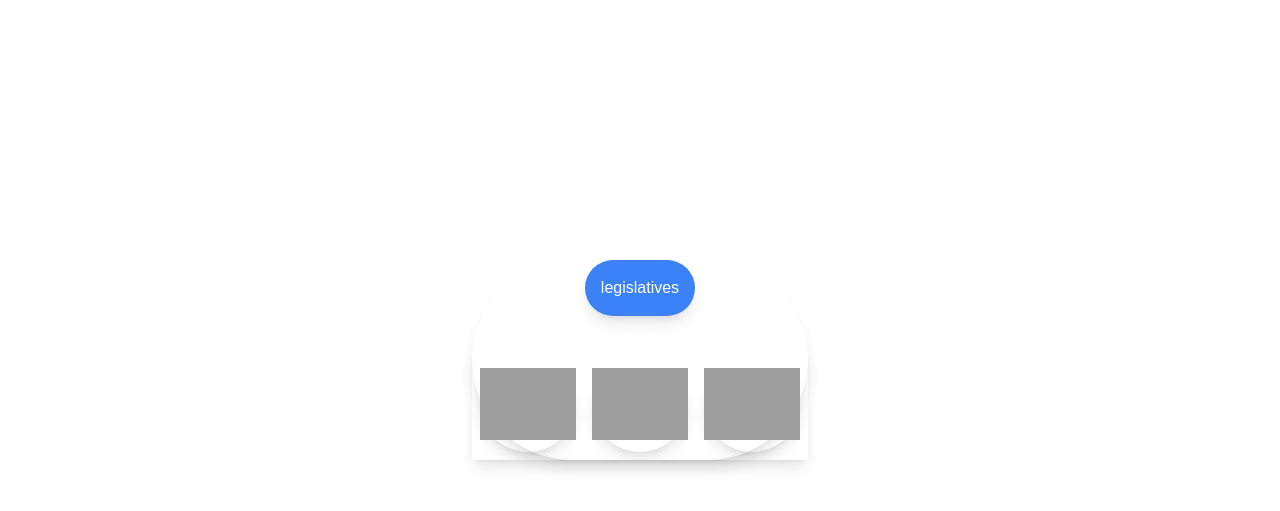
Repository: MDiouf9/legislatives
Page: /
An editor plug-in stored every save of this project. The page is shown before and after a run of saves, followed by the edit.
The browser window is 1280 px wide. The pictures show the whole page.
Pictures or frames that could not be fetched are drawn as grey boxes. The project was rebuilt for these pictures with package versions that can differ from the ones it lists, and the page was loaded fresh each time. The framework's server and built-in components were replaced by stand-ins that run in the browser. Also part of the build but not shown: next.config.ts.

Above is the page before, as saved 2024-10-31 18:20:56.

### src/app/layout.tsx
import type { Metadata } from "next";
import localFont from "next/font/local";
import "./globals.css";


const geistSans = localFont({
  src: "./fonts/GeistVF.woff",
  variable: "--font-geist-sans",
  weight: "100 900",
});
const geistMono = localFont({
  src: "./fonts/GeistMonoVF.woff",
  variable: "--font-geist-mono",
  weight: "100 900",
});

export const metadata: Metadata = {
  title: "Legislatives 2024",
  description: " Pour mettre en avant les legislatives ",
};

export default function RootLayout({
  children,
}: Readonly<{
  children: React.ReactNode;
}>) {
  return (
    <html lang="en">
      <body
        className={`${geistSans.variable} ${geistMono.variable} antialiased`}
      >
        {children}
      </body>
    </html>
  );
}

### src/app/page.tsx
"use client"

import { Boutton } from "./Composants/Boutton"

export default function Page() {
  return (


  <div className="flex justify-center items-center min-h-screen">
   <div className="max-w-md ">
   {/* <button
  type="button"
  className="text-white bg-gradient-to-r from-green-600 via-yellow-500 to-red-600 hover:bg-gradient-to-br focus:ring-4 focus:outline-none focus:ring-yellow-300 dark:focus:ring-yellow-800 shadow-lg shadow-yellow-500/50 dark:shadow-lg dark:shadow-yellow-800/80 font-medium rounded-lg text-sm px-5 py-2.5 text-center me-2 mb-2"
>
  Legislatives

</button> */}
<Boutton/>
   </div>

  </div>
   )
}

### src/app/globals.css
@tailwind base;
@tailwind components;
@tailwind utilities;

/* :root {
  --background: #ffffff;
  --foreground: #171717;
}

@media (prefers-color-scheme: dark) {
  :root {
    --background: #0a0a0a;
    --foreground: #ededed;
  }
} */

body {
  /* color: var(--foreground);
  background: var(--background); */
  font-family: Arial, Helvetica, sans-serif;
}

### src/app/Composants/Boutton.tsx
"use client "
import React from 'react'
import {motion } from 'framer-motion'
import { useState } from 'react'



interface logo {
id : number,
src:string,
photo: string,


};
 const logos : logo [] = [
        {id: 1, src: '/path/to/logo1.png', photo: '/path/to/photo1.jpg'},
        {id: 2, src: '/path/to/logo1.png', photo: '/path/to/photo1.jpg'},
        {id: 3, src: '/path/to/logo1.png', photo: '/path/to/photo1.jpg'}
         ];
export const Boutton = () => {

    const [selectPhoto , setSelectPhoto] = useState<string | null>(null);
    const [ isRevelead , setIsRevelead] = useState (false);
    const containerVariants = {
      initial : {
          width: '200px',
          BorderRadius: '9999px'
      },

    revelead : {
      width : '100%',
      borderRadius: '16px',
      transition: { duration: 0.5, ease: "easeInOut" }
    }
   } ;

  const logoVariants = {
    initial: {
      opacity: 0,
      x: -20,
      display: 'none'
    },
    revealed: {
      opacity: 1,
      x: 0,
      display: 'flex',
      transition: {
        duration: 0.3,
        delay: 0.3
      }
    }
  };
  const ToggleRevelead =  () => {
    setIsRevelead(!isRevelead)
  };
  return (
   <motion.div className=' bg-white shadow-lg rounded-full overflo'



   >
    <div className='flex flex-col items-center space-y-8'>
        <motion.button   className="p-4 bg-blue-500 text-white rounded-full shadow-lg"
       whileHover= {{ rotate : 360}}
       transition={{duration :0.5}}
>
  legislatives
        </motion.button>

 <div className=' flex space-x-4 overflow-x-scroll shadow-lg p-2 cursor-pointer'>
   {logos.map((logo)=> (
    <motion.div
    key={logo.id}
    className=' w-24 h-24 rounded-full shadow-lg  py-2 cursor pointer'
    whileHover={{scale:1.1}}
    onHoverStart={() => setSelectPhoto(logo.photo)}
    onHoverEnd={() => setSelectPhoto(null)}
    >
      <img src={logo.src} alt={`logo ${logo.id} `} className='w-full h-full object-contain' />

    </motion.div>
   ))



   }

 </div>
 { selectPhoto &&  (
<motion.div
className=' w-64 h-64 rounded-lg overflow-hidden shadow-lg '
initial={{opacity:0, y:10}}
animate ={{opacity:1, y:0}}
transition={{duration:0.3}}
>
<img src={selectPhoto} alt="photo selectionner" className='w-full h-full object-cover' />
</motion.div>

  )}
    </div>
    </motion.div>
  );
   };

Loaded but not shown: tailwind.config.ts (common file)

After the next 3 saves:
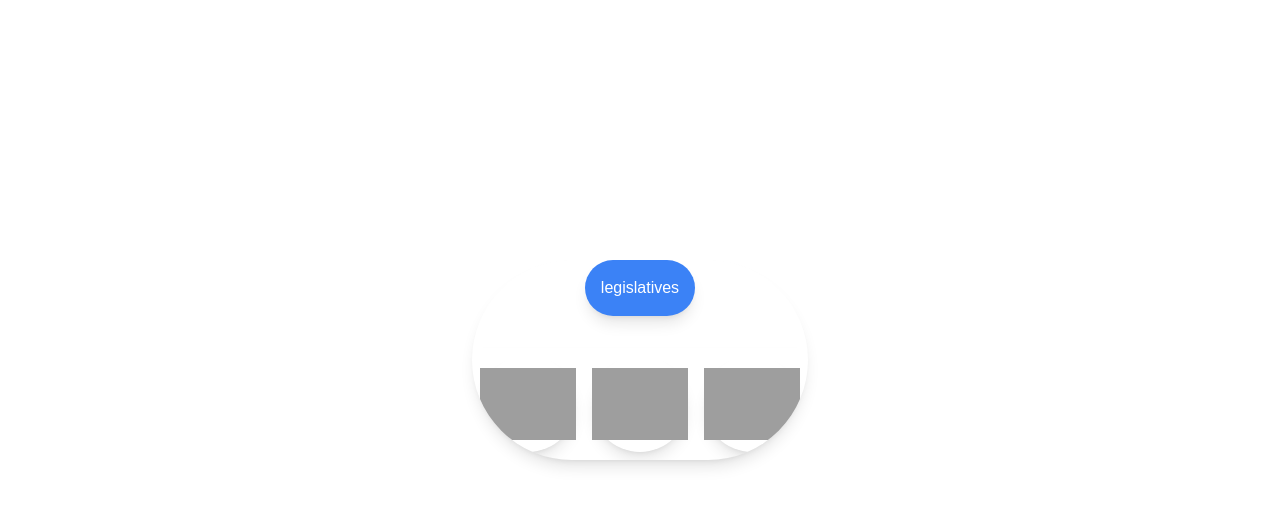
The 3 saves are shown as one change because they came seconds apart.
The last was saved 8 s later.
--- a/src/app/Composants/Boutton.tsx
+++ b/src/app/Composants/Boutton.tsx
@@ -54,7 +54,7 @@ export const Boutton = () => {
     setIsRevelead(!isRevelead)
   };
   return (
-   <motion.div className=' bg-white shadow-lg rounded-full overflo'
+   <motion.div className=' bg-white shadow-lg rounded-full overflow-hidden'
 
 
 
